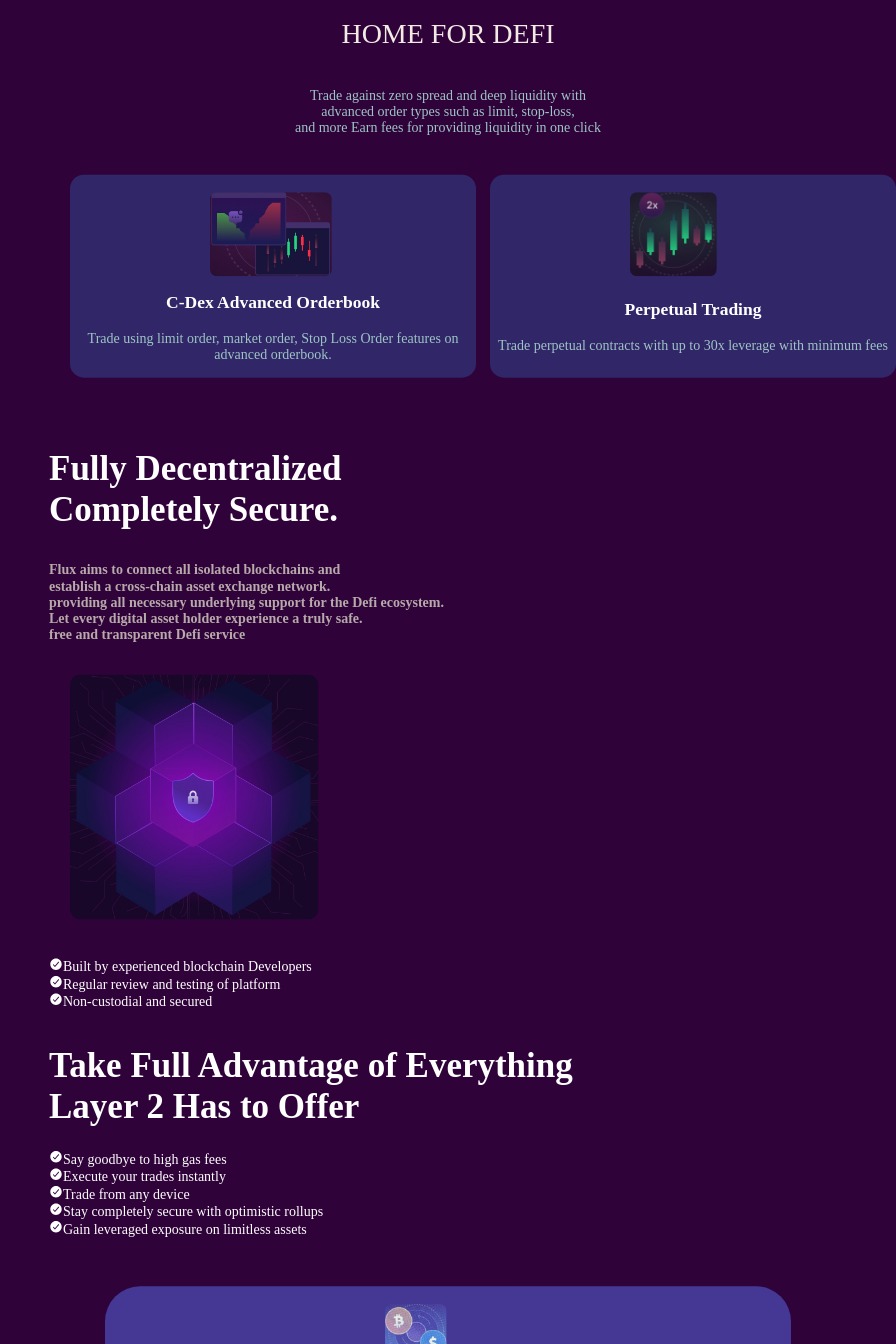
Repository: Tobby004/Flux-figma
Page: index.html
An editor plug-in stored every save of this project. The page is shown before and after the next save, followed by the edit.
The browser window is 1280 px wide. The pictures show the part of the page from y = 651 to 2571 px (the page is 3219 px tall), at 70% of full size.

Above is the page before, as saved 2023-04-28 23:50:57.

### index.html
<!DOCTYPE html>
<html lang="en">
<head>
    <meta charset="UTF-8">
    <meta http-equiv="X-UA-Compatible" content="IE=edge">
    <meta name="viewport" content="width=device-width, initial-scale=1.0">
    <title>Flux Template</title>
    <link rel="stylesheet" href="style.css">
</head>
<body>
    <header>
        <b>FLU<a>X</a></b>
    </header>
   <nav>
    <ul>
        <li><a href="#">Home</a></li>
        <li><a href="#">Dashboard</a></li>
        <li><a href="#">Referrals</a></li>
        <li><a href="#">About Us</a></li>
        <button>Connect Wallet</button>
    </ul>
   </nav>
    <br><br>
    <h4>UNIFIED PRODUCT, SIMPLIFIED TRADING</h4>
    <h2> A Fully Decentralized Perpertual <br>Exchange </h2>
    <p>An Extended Decentralized Exchange With First Ever <br>C-Dex Protocol</p>
    <div class="button">
        <input type="button" value="Start Trading">
        <input type="button" value="Add Liquidity">
    </div>
<br>
<br>
<div class="section1">
    <h4>HOME FOR DEFI</h4>
    <p>Trade against zero spread and deep liquidity with<br> advanced order types such as limit, stop-loss,<br> and more Earn fees for providing liquidity in one click</p>
</div>
<br><br>
<div class="box">
    <div class="box1">
       <img src="img1.jpg">
  <h3>C-Dex Advanced Orderbook</h3>
  <p>Trade using limit order, market order, Stop Loss Order features on <br>advanced orderbook.</p>
    </div>
    <div class="box2">
        <img src="img2.jpg">
        <h3>Perpetual Trading</h3>
        <p>Trade perpetual contracts with up to 30x leverage with minimum fees</p>
    </div>
</div>
<section>
    <h1>Fully Decentralized <br>Completely Secure.</h1>
    <h6>Flux aims to connect all isolated blockchains and <br>establish a cross-chain asset exchange network.<br>providing all necessary underlying support for the Defi ecosystem.<br> Let every digital asset holder experience a truly safe.<br>free and transparent Defi service</h6>
    <img src="IMG3.jpg">
</section>
    <checkbox>
       <a><ion-icon name="checkmark-circle"></ion-icon>Built by experienced blockchain Developers</i></a>
       <a><ion-icon name="checkmark-circle"></ion-icon>Regular review and testing of platform</a>
       <a><ion-icon name="checkmark-circle"></ion-icon>Non-custodial and secured</a>
       </checkbox>
    <h1>Take Full Advantage of Everything <br>Layer 2 Has to Offer</h1>
    <checkbox>
        <a><ion-icon name="checkmark-circle"></ion-icon>Say goodbye to high gas fees</a>
        <a><ion-icon name="checkmark-circle"></ion-icon>Execute your trades instantly</a>
        <a><ion-icon name="checkmark-circle"></ion-icon>Trade from any device</a>
        <a><ion-icon name="checkmark-circle"></ion-icon>Stay completely secure with optimistic rollups</a>
        <a><ion-icon name="checkmark-circle"></ion-icon>Gain leveraged exposure on limitless assets</a>
    </checkbox>
   <div class="boxing">
    <div class="box3">
        <img src="img5.jpg">
        <h3>C-Dex Advanced Orderbook</h3>
        <p>User buy and sell crypto directly to / from the <br>self custodial wallet of their choice. No Deposits, only. direct crypto-flat transfers</p>
    </div>
   </div>
    <div class="container">
        <h1>FLU<b>X<b/></h1>
        <ul>
        <li><a href="#">Getting started</a></li>
        <li><a href="#">Support</a></li>
        <li><a href="#">FAQ</a></li>
        <li><a href="#">Terms Of Service</a></li>
        </ul>
     <icon1>
    <ion-icon name="logo-twitter"></ion-icon>
    <ion-icon name="logo-facebook"></ion-icon>
    <ion-icon name="logo-instagram"></ion-icon>
    </icon>
    <p>Copright 2023 Flux.All Rights Reserved</p>
</div>
</body>
<script type="module" src="https://unpkg.com/ionicons@7.1.0/dist/ionicons/ionicons.esm.js"></script>
</html>

### style.css
*{
    box-sizing: border-box;
}
body {
    margin: 0;
    padding: 0;
    background-color: #30023a;
}
nav {
    background-color: #5c0c6e;
    height: 60px;
}
nav ul {
    margin: auto;
    text-align: end;
    padding: 10px;
}
nav li {
display: inline-block;
}
header b {
    font-family: Verdana, Geneva, Tahoma, sans-serif;
    color: white;
    position: absolute;
    margin-left: 20px;
    font-size: 40px;
}
header b:hover{
    transition: all 2s;
    color: black;
    background: cornsilk;
}
header b a{
    color: rgb(136, 109, 220);
}
nav a {
    text-decoration: none;
    padding: 10px;
    color: white;
    font-size: 20px;
    margin-right: 20px;
}

button{
    padding: 13px;
    background: #b22fd0;
    border-radius: 7px;
    color: white;
}
h4 {
    margin-top: 100px;
    text-align: center;
    color: rgb(185, 156, 197);
}
h2 {
    text-align: center;
    font-size: 50px;
    color: white;
}
p {
    text-align: center;
    color: rgb(248, 225, 225);
}
.button {
    display: flex;
    padding: 10px;
    gap: 10px;
    justify-content: center;
}
input[type="button"]{
    padding: 20px;
    width: 150px;
    border-radius: 9px;
    border: none;
    color: white;
    background-color: rgb(136, 67, 155);
}
 div h4 {
    color: rgb(241, 235, 227);
    font-size: 40px;
    font-weight: lighter;

}
 div p {
    color: rgb(158, 197, 197);
    font-size: 20px;
    font-weight: lighter;
}
.box {
    margin: auto;
    display: flex;
    gap: 20px;
    margin-left: 100px;
}
.box1{
    height: 290px;
    width: 580px;
    background-color: rgb(49, 38, 104);
    border-radius: 20px;
}
.box1 h3 {
    text-align: center;
    color: white;
    font-size: 25px;
    margin-top: 20px;
}
.box1 p {
    text-align: center;
}
.box1 img{
    margin-top: 25px;
    height: 120px;
    border-radius: 10px;
   margin-left: 200px;
}
.box2 {
    height: 290px;
    width: 580px;
    background-color: rgb(49, 38, 104);
    border-radius: 20px;
}
.box2 h3{
    text-align: center;
    font-size: 25px;
    color: white;
    margin-top: 30px;
}
.box2 p {
    text-align: center;
}
.box2 img {
    margin-top: 25px;
    height: 120px;
    border-radius: 10px;
   margin-left: 200px;
}
section h1 {
    margin-left: 70px;
    color: white;
    font-size: 50px;
    margin-top: 100px;
}
section img{
    height: 350px;
    border-radius: 15px;
    border: none;
   margin-left: 100px;
   margin-bottom: 50px;

}
section h6 {
    color: rgb(182, 170, 170);
    font-size: 20px;
    margin-left: 70px;
}

checkbox a {
    display: block;
    font-size: 20px;
    position: relative;
    color: white;
    margin-left: 70px;
}

h1 {
    color: white;
    font-size: 50px;
    margin-top: 50px;
    margin-left: 70px;
}
.boxing{
    margin-top: 70px;
}
.box3 {
    margin-bottom: 300px;
    margin: auto;
    height: 320px;
    width: 980px;
    border-radius: 50px;
    border: none;
    background: rgb(68, 56, 148);
}
.box3 img {
  margin-top: 25px;
  height: 80px;
  margin-left: 400px;
  border-radius: 10px;
}
.box3 h3{
    text-align: center;
    color: white;
    font-size: 25px
}
.container{
    height: 390px;
    margin-right: auto;
    margin-left: auto;
    background: #1c4679;
}
.container h1 {
    margin-top: 20px;
    color: white;
    text-align: center;
}
.container b {
    color: #b73ad3;
    font-family: 'Segoe UI', Tahoma, Geneva, Verdana, sans-serif;
}
.container ul {
    margin: auto;
    text-align: center;

}
.container li {
    display: inline;
    text-align: center;
}
.container a {
    text-decoration: none;
    font-size: 20px;
    padding: 10px;
    color: rgb(142, 129, 129);
}
.container icon1 {
    display: flex;
    gap: 8px;
    margin-top: 20px;
    margin-left: 40px;
    color: rgb(74, 128, 128);
    font-size: 30px;
}
.container p {
    color: antiquewhite;
    font-size: 20px;
    margin-left: 50px;
}

@media screen and (max-width:500px)
{
 h4 {
    font-size: 6px;
    text-align: center;
    font-weight: lighter;
 }
 h2 {
    font-size: 10px;
    text-align: center;

 }
 input[type="button"]{
    padding: 10px;
    display: flex;
    justify-content: center;
    width: 28%;
 }
div h4 {
    font-size: 20px;
    text-align: center;
    font-weight: bolder;
    margin-left: 20px;
    font-family: Georgia, 'Times New Roman', Times, serif;
}
p {
    font-size: 10px;
    text-align: center;
}
 div p {
    font-size: 10px;
    text-align: center;
    font-weight: bolder;
    margin-left: 20px;
 }
 .box {
    display: inline-block;
    margin-inline: 20px;
    gap: 30px;
    margin-left: auto;
    margin-right: auto;
 }
 .box1{
    margin-top: 30px;
    height: 220px;
    width: 75%;
    margin-left: 80px;
 }
 .box1 img {
    height: 70px;
    margin-left: 100px;
 }
 .box1 h3{
   font-size: 15px;
 }
 .box1 p{
    font-size: 10px;
 }
 .box2 {
    margin-top: 30px;
    height: 220px;
    width: 75%;
    margin-left: 80px;
 }
 .box2 img {
   height: 70px;
   margin-left: 100px;
 }
 .box2 h3 {
   font-size: 15px;
 }
 .box2 p {
   font-size: 10px;
 }
 section img {
    height: 130px;
    margin-left: 190px;
 }
 section h1 {
    margin-top: 20px;
    text-align: center;
    font-size: 20px;
    margin-top: 20px;
 }
 section h6 {
    font-size: 15px;
    text-align: center;
 }
 h1 {
    font-size: 25px;
    font-family: 'Franklin Gothic Medium', 'Arial Narrow', Arial, sans-serif;
    margin-left: 20px;
    text-align: center;
 }
 checkbox a {
    font-size: 15px;
    margin-top: 10px;
    text-align: center;
 }
 .box3 {
    height: 220px;
    width: 75%;
 }
.box3 img {
    height: 70px;
    margin-left: 105px;
}
.box3 h3 {
    font-size: 15px;
    text-align: center;
}
.box3 p{
font-size: 10px;
margin-left: 10px;
}
.container li a{
    display: block;
    margin-bottom: 10px;
    font-size: 15px;
}
.container icon1{
    display: block;
    margin-left: 110px;

}
.container p {
    display: block;
    text-align: center;
    font-size: 10px;
}

}

After the next save:
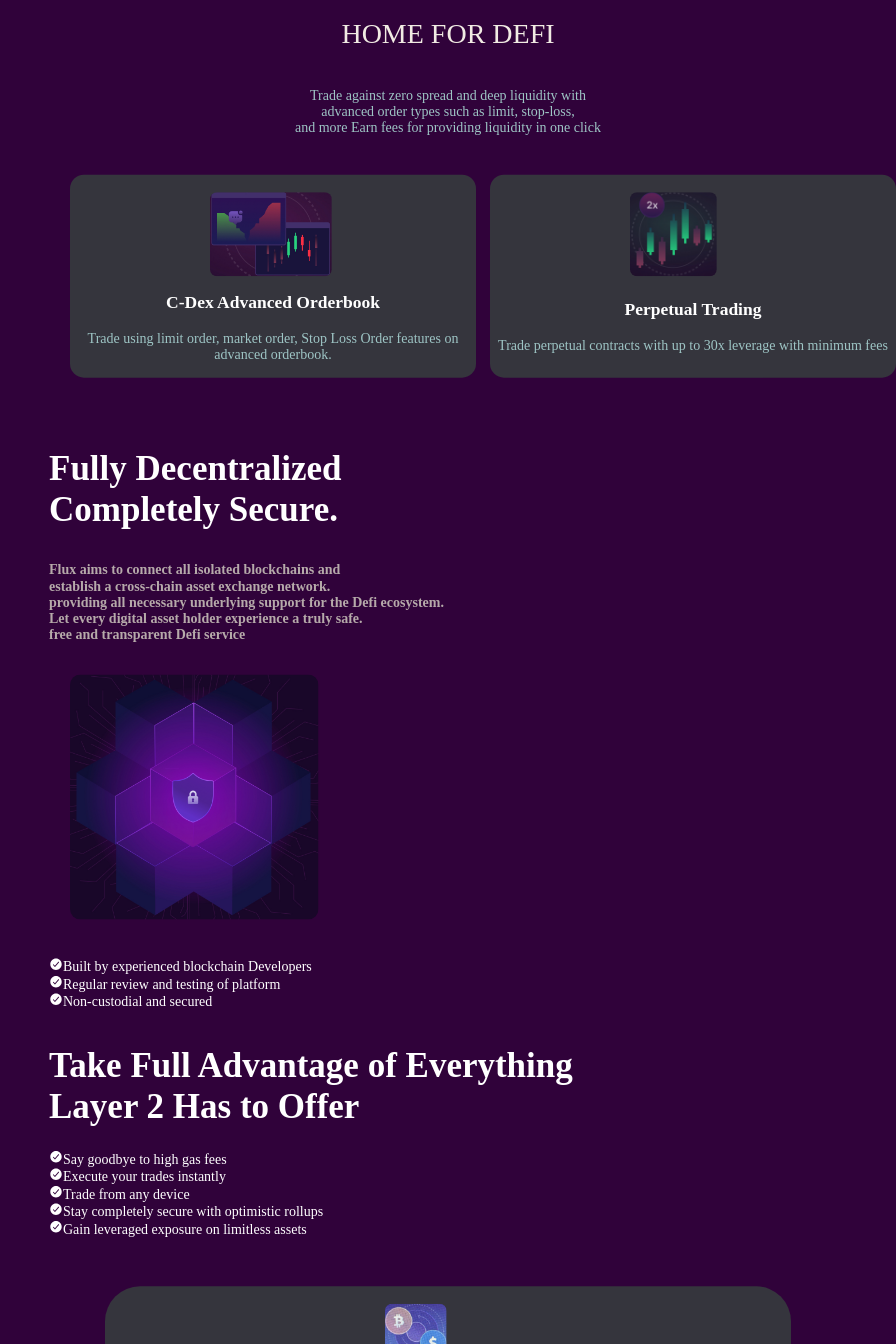
Saved 4 min 11 s later.
--- a/style.css
+++ b/style.css
@@ -95,7 +95,7 @@ input[type="button"]{
 .box1{
     height: 290px;
     width: 580px;
-    background-color: rgb(49, 38, 104);
+    background-color: rgb(53, 53, 61);
     border-radius: 20px;
 }
 .box1 h3 {
@@ -116,7 +116,7 @@ input[type="button"]{
 .box2 {
     height: 290px;
     width: 580px;
-    background-color: rgb(49, 38, 104);
+    background-color: rgb(53, 53, 61);
     border-radius: 20px;
 }
 .box2 h3{
@@ -178,7 +178,7 @@ h1 {
     width: 980px;
     border-radius: 50px;
     border: none;
-    background: rgb(68, 56, 148);
+    background: rgb(53, 53, 61);
 }
 .box3 img {
   margin-top: 25px;
@@ -195,7 +195,7 @@ h1 {
     height: 390px;
     margin-right: auto;
     margin-left: auto;
-    background: #1c4679;
+    background: #2b0732;
 }
 .container h1 {
     margin-top: 20px;
